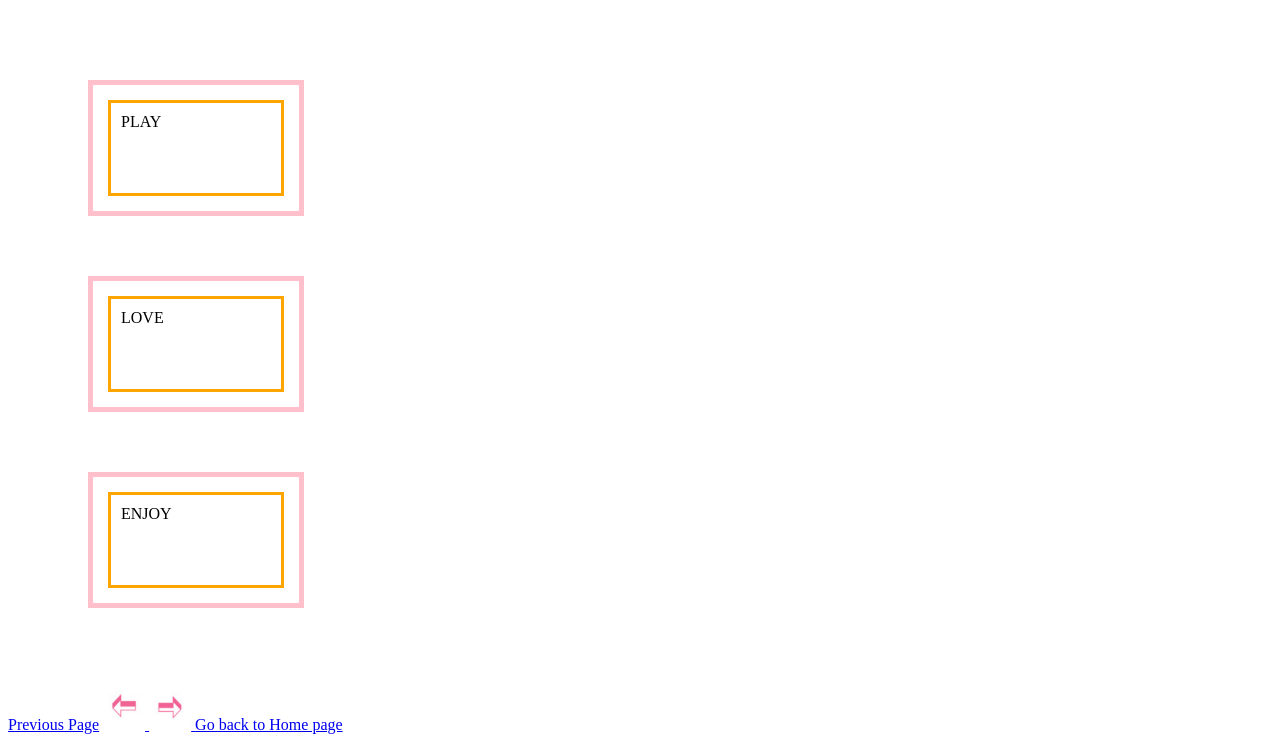
Repository: hyereechoi/hyereechoi.github.io
Page: h2.html
The author's editor kept a record of every edit. The page is drawn from the files as they stood at one moment, then again after the next edit.
The browser window is 1280 px wide. The pictures show the whole page.

Above is the page before.

After the next edit:
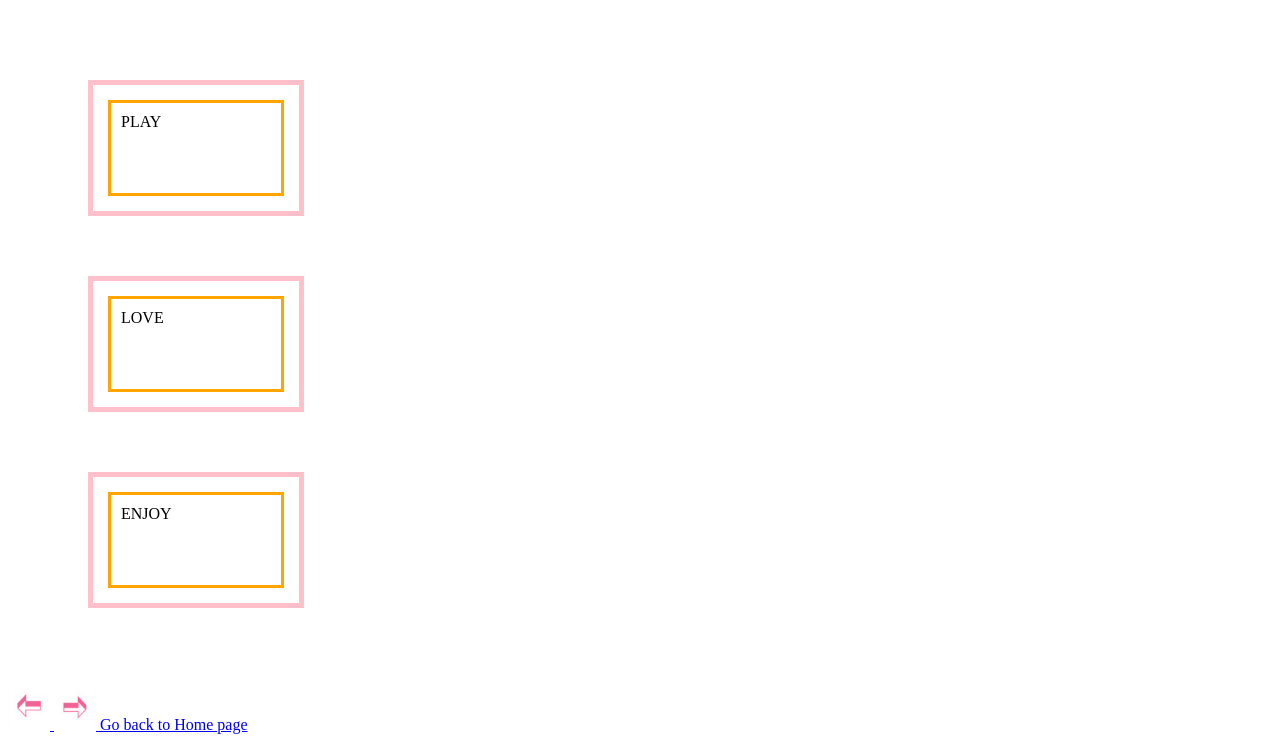
The edit:
--- a/h2.html
+++ b/h2.html
@@ -53,7 +53,6 @@
 <div>ENJOY </div>
 
 
-<a href="h1.html">Previous Page</a>
 <a href="default.asp">
 <img src="pre.jpg" alt="h1.html" style="width:42px;height:42px;border:0">
 </a>
